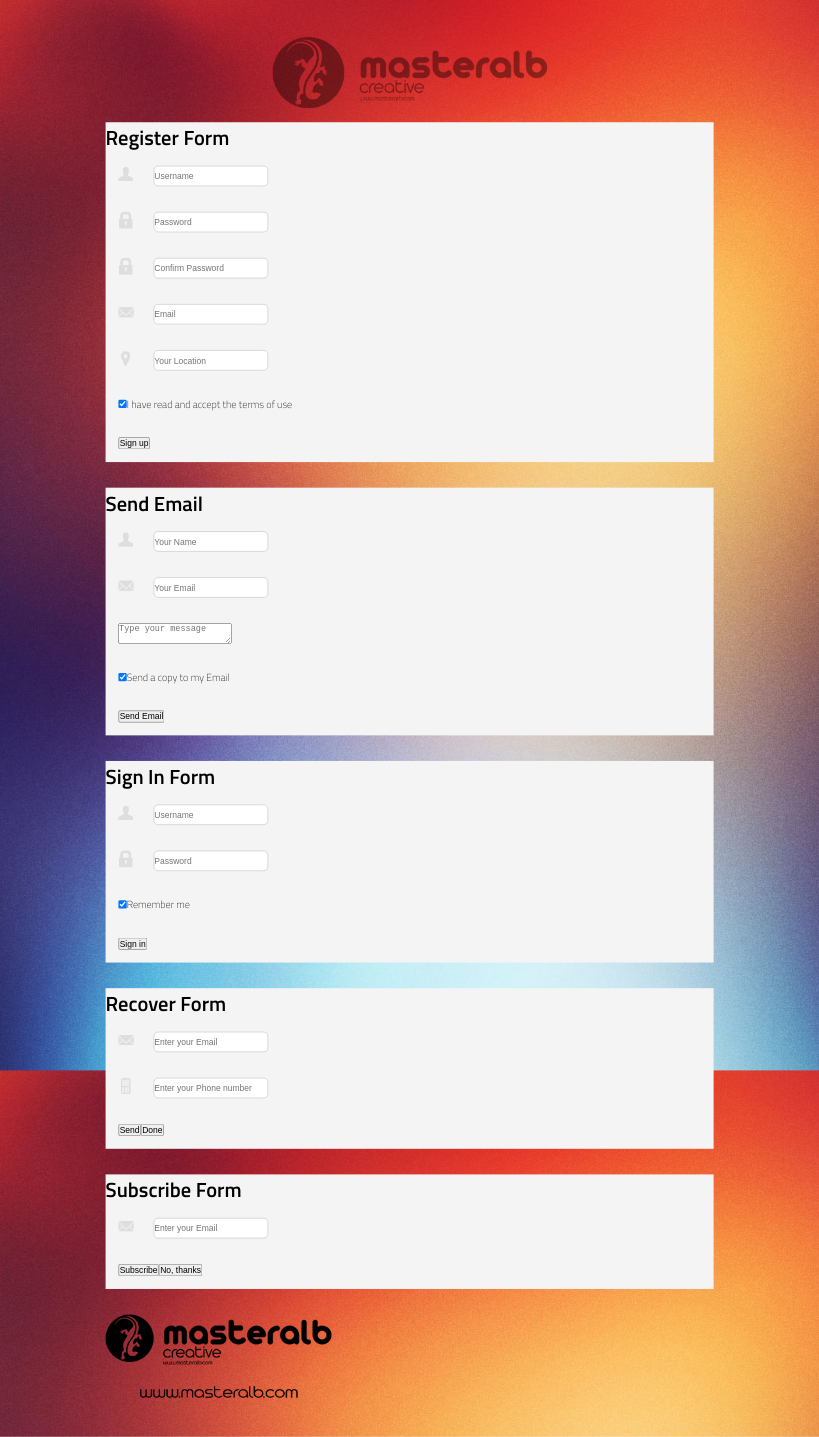
Repository: achwesiuk/PSD-Masteralb
Page: index.html
An editor plug-in stored every save of this project. The page is shown before and after the next save, followed by the edit.
The browser window is 1280 px wide. The pictures show the whole page, at 64% of full size.
Backgrounds fixed to the window are drawn as part of the page. The style sheet was rebuilt from its Sass, Less or Tailwind sources for each picture, by a compiler version that may differ from the author's.

Above is the page before, as saved 2021-03-12 17:24:33.

After the next save:
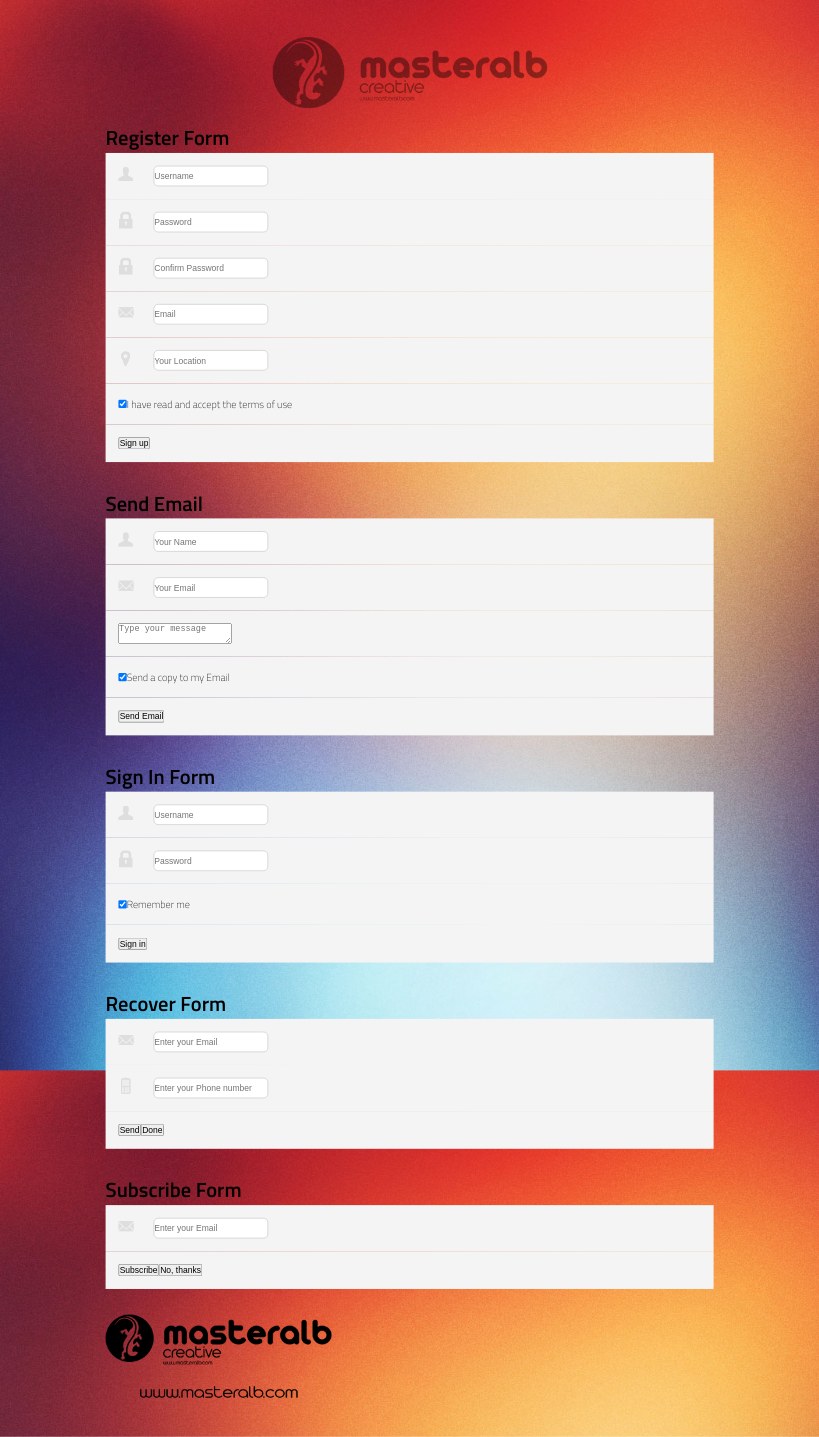
Saved 3 min 25 s later.
--- a/sass/main.scss
+++ b/sass/main.scss
@@ -58,7 +58,6 @@
     flex-direction: column;
     flex: 1;
 
-    background-color: var(--color-grey-1);
     margin-bottom: 4rem;
 
     &__header {
@@ -69,6 +68,7 @@
     &__group {
         display: flex;
         //align-items: center;
+        background-color: var(--color-grey-1);
         padding: 2rem;
     }
 
